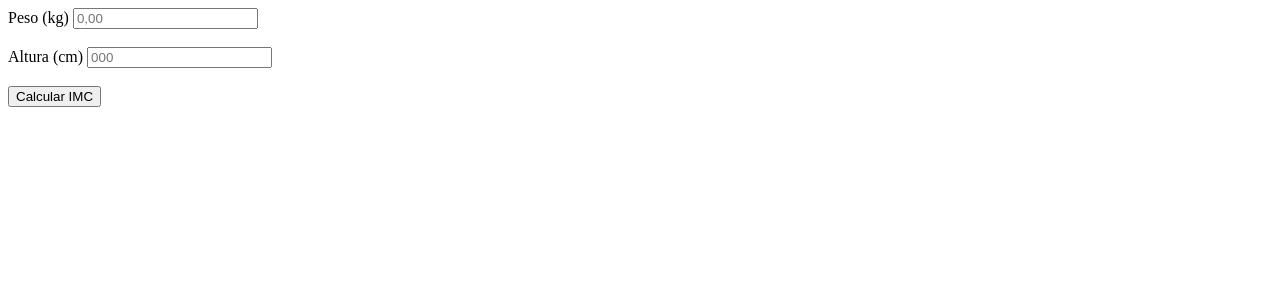
Repository: DeboraGuerra/programacaoWeb
Page: projetos-java/Desafio03/WebContent/index.htm
These files come from the project's save history. The page is drawn as it stood at one moment and after the next save; the edit follows.
The browser window is 1280 px wide. The pictures show the whole page.

Above is the page before, as saved 2020-03-23 22:10:07.

### projetos-java/Desafio03/WebContent/index.htm
<!DOCTYPE html>

<html>

	<head>
		<meta charset="UTF-8">
		<title>Calculadora de IMC</title>
	</head>

	<body>
		<form method="get" action="imc">
			Peso (kg)
			<input type="number" placeholder="0,00" step="0.01" name="peso"></br></br>
			Altura (cm)
			<input type="number" placeholder="000" name="altura"></br></br>
			<input type="submit" value="Calcular IMC">
		</form>
	</body>

</html>

After the next save:
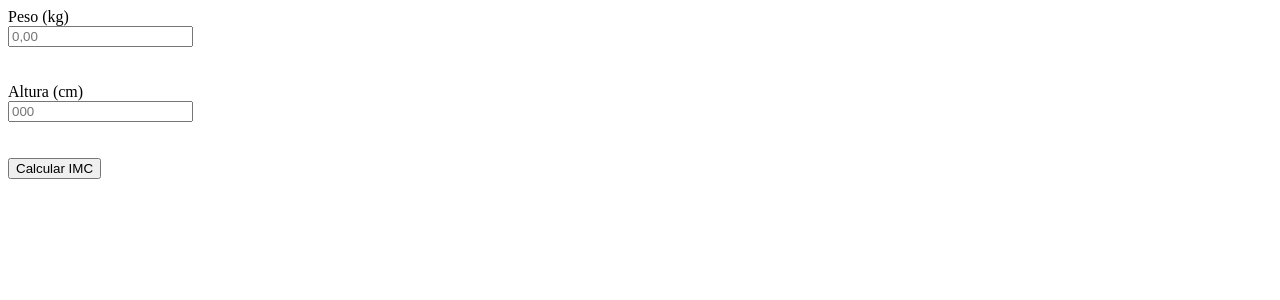
Saved 48 s later.
--- a/projetos-java/Desafio03/WebContent/index.htm
+++ b/projetos-java/Desafio03/WebContent/index.htm
@@ -9,10 +9,10 @@
 
 	<body>
 		<form method="get" action="imc">
-			Peso (kg)
-			<input type="number" placeholder="0,00" step="0.01" name="peso"></br></br>
-			Altura (cm)
-			<input type="number" placeholder="000" name="altura"></br></br>
+			Peso (kg)</br>
+			<input type="number" placeholder="0,00" step="0.01" name="peso"></br></br></br>
+			Altura (cm)</br>
+			<input type="number" placeholder="000" name="altura"></br></br></br>
 			<input type="submit" value="Calcular IMC">
 		</form>
 	</body>
